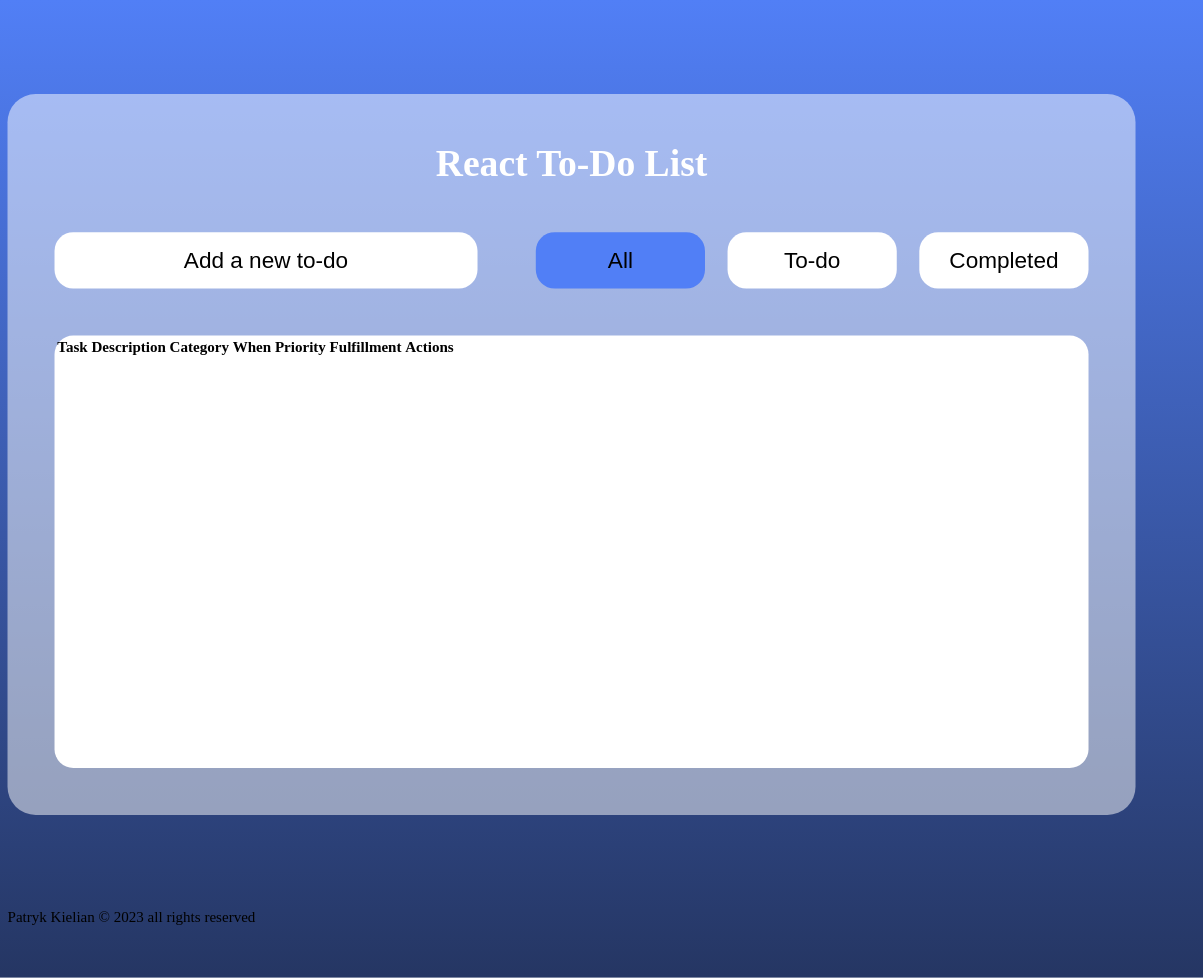
Repository: mirajane2/maquette-todo
Page: index.html
The author's editor kept a copy of each file at every save. The page is drawn from the files as they stood at one save, then again after the next save.
The browser window is 1280 px wide. The pictures show the whole page, at 94% of full size.

Above is the page before, as saved 2024-11-13 11:23:39.

### index.html
<!DOCTYPE html>
<html lang="fr">
<head>
    <meta charset="UTF-8">
    <meta name="viewport" content="width=device-width, initial-scale=1.0">
    <link rel="stylesheet" href="index.css">
    <title>Maquette Figma</title>
</head>
<body>
    <div class="container">
        <div class="content">
            <h1 class="titre">React To-Do List</h1>
            <div class="control">
                <button class="taches"> Add a new to-do</button>
                <div class="choix_selection">
                    <button class="show">All</button>
                    <button class="options">To-do</button>
                    <button class="options">Completed</button>
                </div>
            </div>

            <div class="table">
                <table>
                    <thead>
                        <tr>
                            <th>Task</th>
                            <th>Description</th>
                            <th>Category</th>
                            <th>When</th>
                            <th>Priority</th>
                            <th>Fulfillment</th>
                            <th>Actions</th>
                        </tr>
                    </thead>
                    <tbody class="valeur">
                        <script src="script.js"></script>
                    </tbody>
                </table>
            </div>
        </div>
        <footer>
            <p>Patryk Kielian © 2023 all rights reserved</p>
        </footer>
    </div>
</body>
</html>

### index.css
html{
    min-height: 100vh;
    background: linear-gradient(180deg, #517FF6, #253663);
}

.container {
    width: 1197px;
    height: 932px;
}

.content{
    width: 1100px;
    min-height: 500px;
    background-color: #FFFFFF80;
    border-radius: 30px;
    margin: 100px auto;
    padding: 50px;
}

.titre{
    color: #FFFFFF;
    text-align: center;
    font-weight: 700px;
    font-size: 40px;
    margin: 0 auto;
}

.control{
    flex-direction: row;
    display: flex;
    justify-content: space-between;
    margin: 50px 0;
}

.taches{
    font-size: 24px;
    font-weight: 400px;
    height: 60px;
    width: 450px;
    border-radius: 20px;
    border: none;
    background-color: #FFFFFF;

}

.show{
    background-color: #517FF6;
    border-radius: 20px;
    width: 180px;
    height: 60px;
    font-size: 24px;
    margin-left: 20px;
    padding: 0;
    border: none;
}

.options{
    background-color: #FFFFFF;
    width: 180px;
    height: 60px;
    border-radius: 20px;
    font-size: 24px;
    border: none;
    margin-left: 20px;
}

.table{
    background-color: #FFFFFF;
    width: 1100px;
    height: 460px;
    border-radius: 20px;
    border: none;
}

Loaded but not shown: script.js (no stored copy; drawn as an empty file)

After the next save:
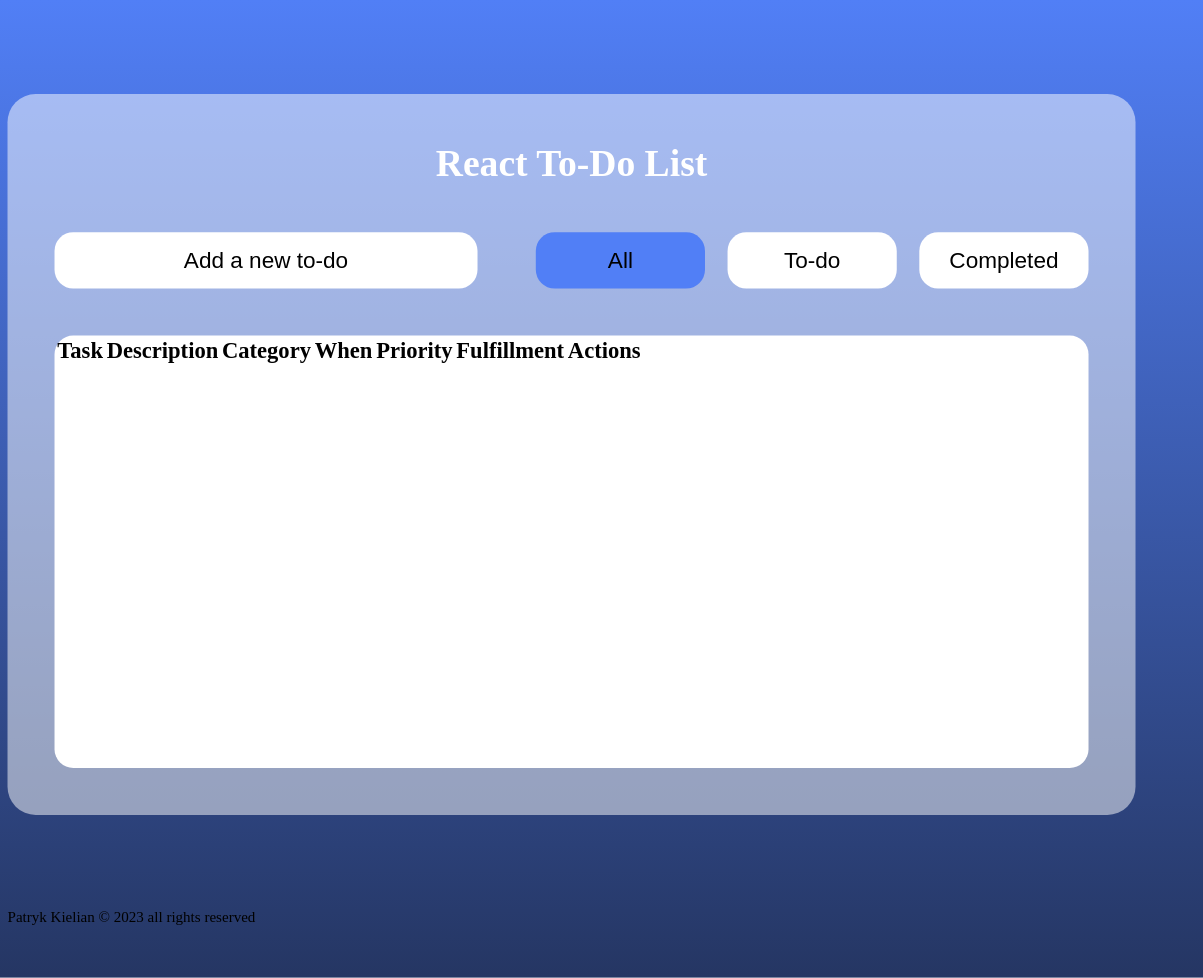
Saved 68 s later.
--- a/index.css
+++ b/index.css
@@ -70,4 +70,5 @@ html{
     height: 460px;
     border-radius: 20px;
     border: none;
+    font-size: 24px;
 }
